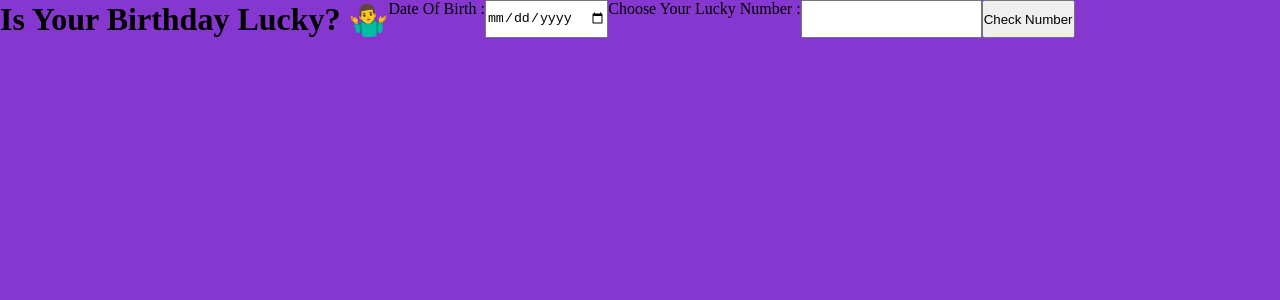
Repository: patelamancode/Lucky-Birthday-App
Page: index.html
The author's editor kept a copy of each file at every save. The page is drawn from the files as they stood at one save, then again after the next save.
The browser window is 1280 px wide. The pictures show the whole page.

Above is the page before, as saved 2022-11-21 16:40:16.

### index.html
<!DOCTYPE html>
<html lang="en">
<head>
    <meta charset="UTF-8">
    <meta http-equiv="X-UA-Compatible" content="IE=edge">
    <meta name="viewport" content="width=device-width, initial-scale=1.0">
    <link rel="stylesheet" href="index.css">
    <title>Is your birthday lucky</title>
</head>
<body>
    <div id="main-container">
        <h1 class="app-title">Is Your Birthday Lucky? 🤷‍♂️</h1>
        <label for="date-of-birth" class="dob">Date Of Birth :</label>
        <input type="date" class="selected-dob">
        <label for="lucky-number" class="favourite-number">Choose Your Lucky Number :</label>
        <input type="number" class="user-number">
        <button id="check-btn">Check Number</button>
    </div>

</body>
</html>

### index.css
*{
    margin: 0;
    padding: 0;
}
 body{
    background-color: rgb(134, 55, 207);
 }

 #main-container{
    display: flex;
 }

After the next save:
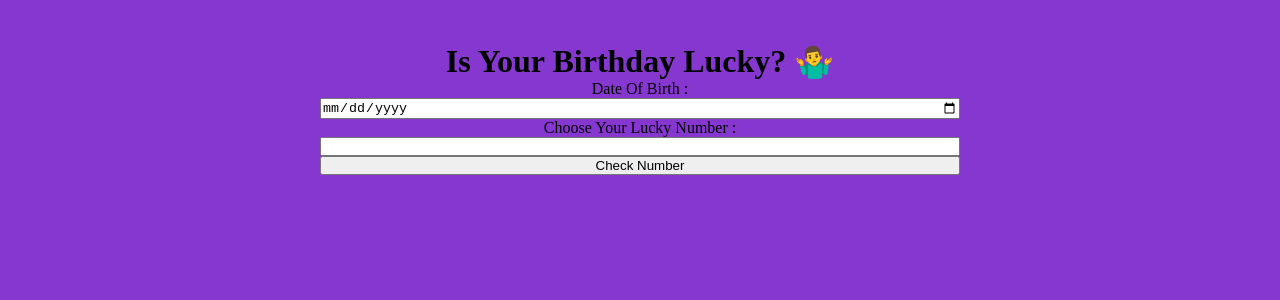
Saved 7 min 57 s later.
--- a/index.css
+++ b/index.css
@@ -8,4 +8,10 @@
 
  #main-container{
     display: flex;
+    flex-direction: column;
+    width: 50vw;
+    margin: auto;
+    margin-top: 2rem;
+    padding: 10px;
+    text-align: center;
  }
